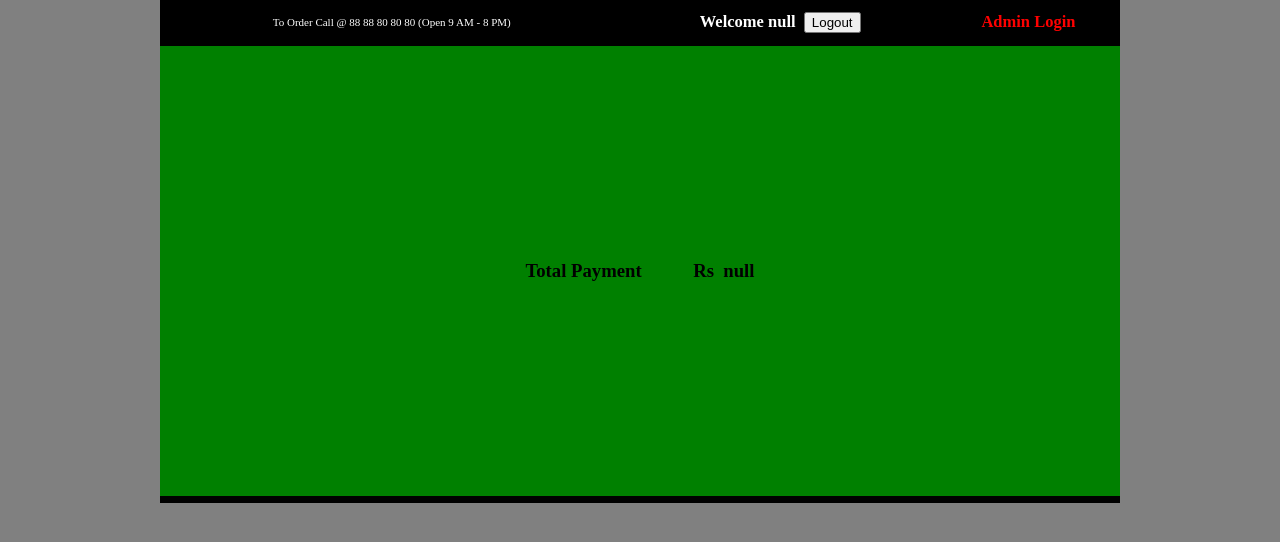
Repository: aashi12/e_mandi
Page: http://localhost/e_mandi/checkOut.jsp
The author's editor kept a copy of each file at every save. The page is drawn from the files as they stood at one save, then again after the next save.
The browser window is 1280 px wide. The pictures show the whole page.
The page is served by Tomcat 9.

Above is the page before, as saved 2014-04-13 10:23:20.

After the next save:
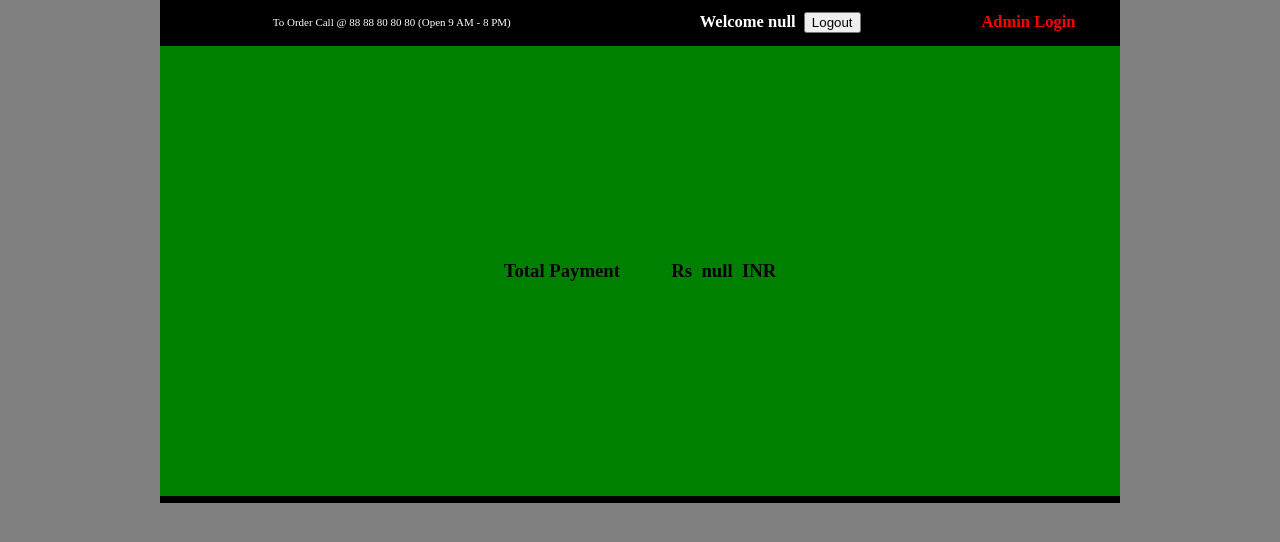
Saved 24 s later.
--- a/e_mandi/WebContent/checkOut.jsp
+++ b/e_mandi/WebContent/checkOut.jsp
@@ -29,7 +29,7 @@ out.print("<h2>Welcome "+usd); %>&nbsp;
 <td bgcolor="green" height="450" align="center">
 <!--  payment details    -->
 <% Integer tot=(Integer)session.getAttribute("amount"); %>
-<h3>Total Payment &nbsp;&nbsp;&nbsp;&nbsp;&nbsp;&nbsp;&nbsp;&nbsp;&nbsp;&nbsp;Rs &nbsp;<%= tot %></h3>
+<h3>Total Payment &nbsp;&nbsp;&nbsp;&nbsp;&nbsp;&nbsp;&nbsp;&nbsp;&nbsp;&nbsp;Rs &nbsp;<%= tot %> &nbsp;INR</h3>
 
 </td>
 </tr>
